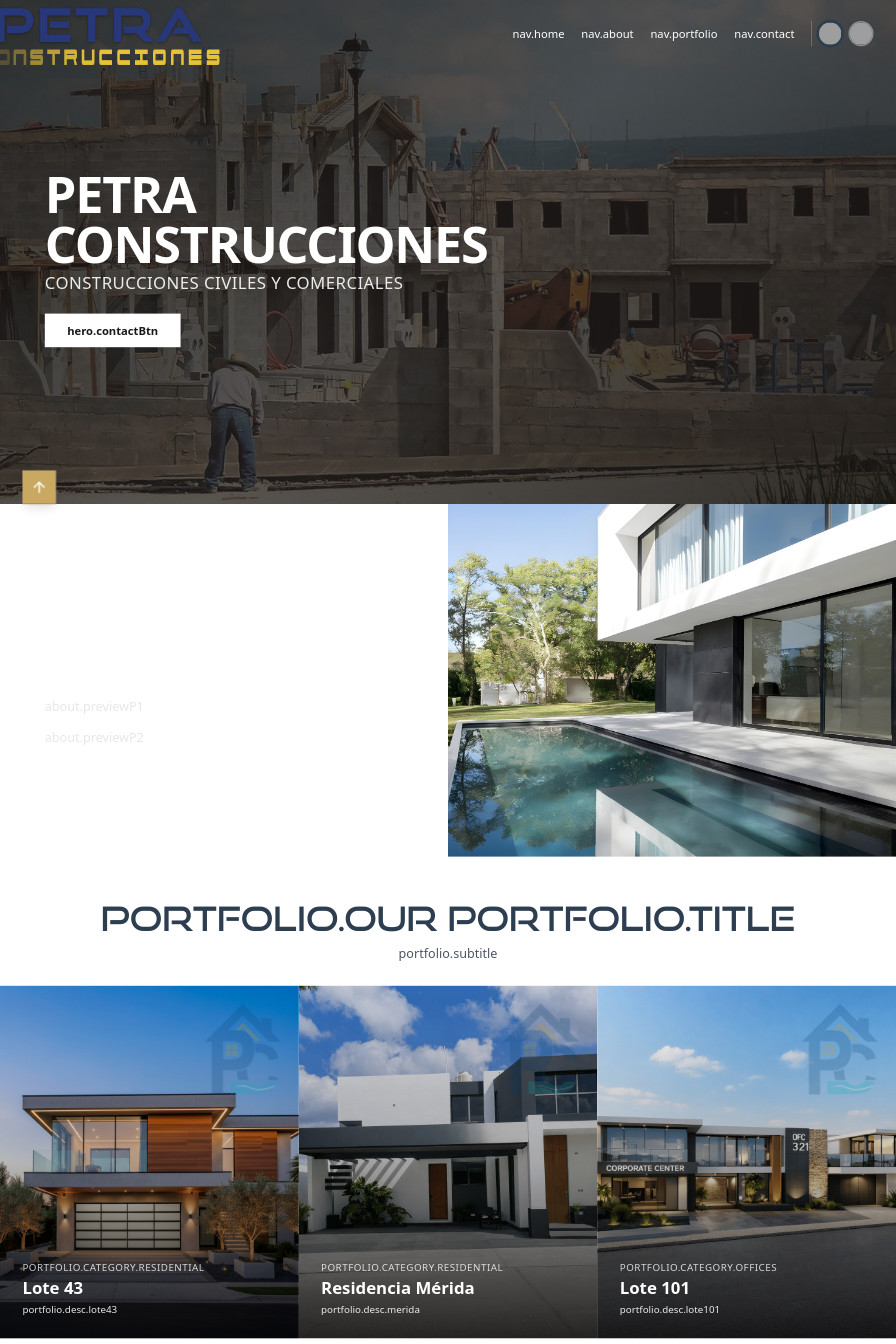
Repository: francoluca35/PetraConstrucciones
Page: /
These files come from the project's save history. The page is drawn as it stood at one moment and after the next save; the edit follows.
The browser window is 1280 px wide. The pictures show the part of the page from y = 0 to 1920 px (the page is 3062 px tall), at 70% of full size.
Pictures or frames that could not be fetched are drawn as grey boxes. The project was rebuilt for these pictures with package versions that can differ from the ones it lists, and the page was loaded fresh each time. The framework's server and built-in components were replaced by stand-ins that run in the browser. Also part of the build but not shown: next.config.mjs, vite.config.ts, src/context/LanguageContext.tsx.

Above is the page before, as saved 2026-02-23 15:33:21.

After the next save:
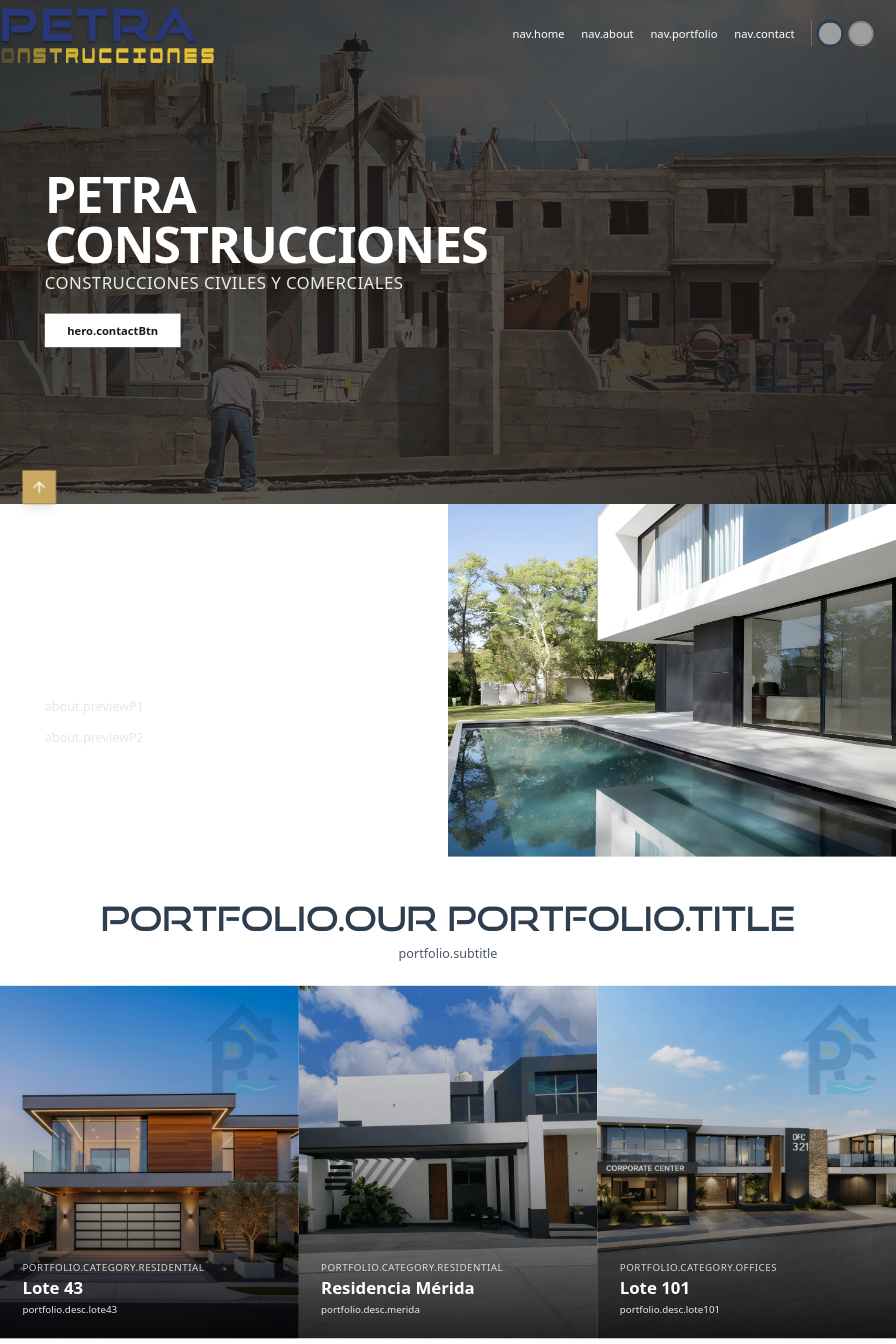
Saved 2 min 40 s later.
--- a/app/page.tsx
+++ b/app/page.tsx
@@ -5,14 +5,13 @@
 import { ContactPreview } from '@/src/app/components/ContactPreview';
 
 export default function HomePage() {
-  return (
-    <>
-      {/* Sección principal: solo portfolio visible. Descomentar en feature branches cuando estén listas. */}
-       <Hero />
-      <AboutPreview />
-      <PortfolioPreview />
-
-     <ContactPreview />
-    </>
-  );
+return (
+  <>
+    {/* Sección principal: solo portfolio visible. Descomentar en feature branches cuando estén listas. */}
+      <Hero />
+    <AboutPreview />
+    <PortfolioPreview />
+    <ContactPreview />
+  </>
+);
 }
